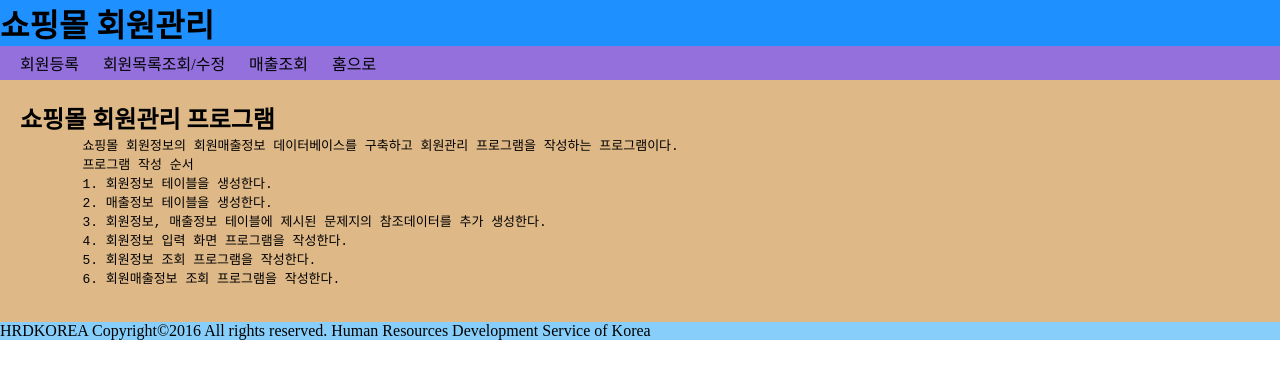
Repository: guguping/finalTestStudy
Page: http://localhost/test2/
An editor plug-in stored every save of this project. The page is shown before and after a run of saves, followed by the edit.
The browser window is 1280 px wide. The pictures show the whole page.
The pointer rests on the first visible `a`.
The page is served by Tomcat 9.

Above is the page before, as saved 2023-07-28 06:42:54.

After the next 2 saves:
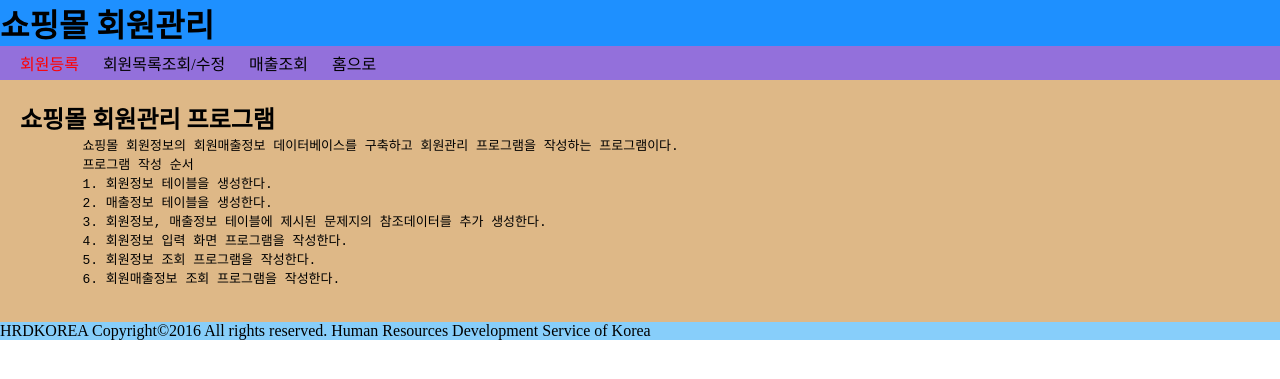
The 2 saves are shown as one change because they came seconds apart.
The last was saved 61 s later.
--- a/test2/src/main/webapp/index.jsp
+++ b/test2/src/main/webapp/index.jsp
@@ -14,6 +14,9 @@
         a {
         	text-decoration: none;
         	color: black;
+        }
+        a:hover {
+        	color: red;
         }
     </style>
 </head>
